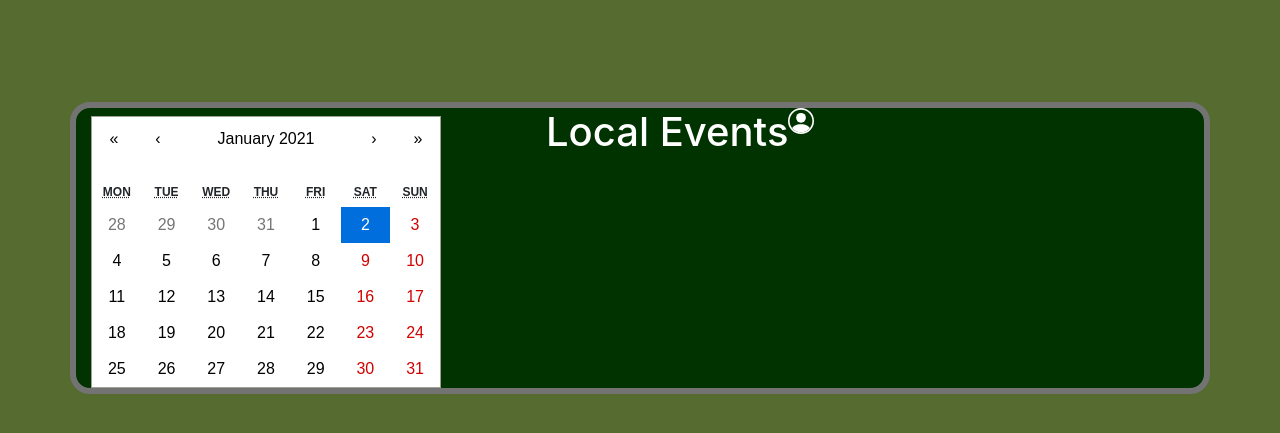
Repository: lalji-yadav/Calendar-code
Page: /
An editor plug-in stored every save of this project. The page is shown before and after the next save, followed by the edit.
The browser window is 1280 px wide. The pictures show the whole page.
The project was rebuilt for these pictures with package versions that can differ from the ones it lists, and the page was loaded fresh each time. Also part of the build but not shown: src/App.css.

Above is the page before, as saved 2021-01-03 13:24:51.

### src/App.js
import logo from './logo.svg';
import './App.css';
import MyApp from './calendar/calendar'
import Home from "./calendar/Home";

function App() {
  return (
    <div>
      <header>

        <Home />

      </header>
    </div>
  );
}

export default App;

### src/calendar/calendar.js
import React, { useState } from 'react';
import 'react-calendar/dist/Calendar.css';
import Calendar from 'react-calendar';

function MyApp() {
  const [value, onChange] = useState(new Date());

  return (
    <div>
      <Calendar
        onChange={onChange}
        value={value}
      />
    </div>
  );
}

export default MyApp;

### src/calendar/Home.js
import React from 'react';
import "./Home.css";
import MyApp from "./calendar";

function Home() {

  return (
    <div className="main">
      <div className='container'>
        <div className="row">
          <div className="col-sm-5 calendar">
             <MyApp />
          </div>
          <div className="col-sm-7">
            <div className="row">
              <h1 style={{color:"white"}}>Local Events </h1>
              <svg xmlns="http://www.w3.org/2000/svg" width="26" height="26" fill="white" class="bi bi-person-circle" viewBox="0 0 16 16">
  <path d="M13.468 12.37C12.758 11.226 11.195 10 8 10s-4.757 1.225-5.468 2.37A6.987 6.987 0 0 0 8 15a6.987 6.987 0 0 0 5.468-2.63z"/>
  <path fill-rule="evenodd" d="M8 9a3 3 0 1 0 0-6 3 3 0 0 0 0 6z"/>
  <path fill-rule="evenodd" d="M8 1a7 7 0 1 0 0 14A7 7 0 0 0 8 1zM0 8a8 8 0 1 1 16 0A8 8 0 0 1 0 8z"/>
</svg>

            </div>

          </div>
        </div>

      </div>

    </div>
  );
}
export default Home;

### src/calendar/Home.css
.main {
    width: 100%;
    height: 100%;
    position: absolute;
    /* padding: 10% 5% 10% 5%; */
    background-color: darkolivegreen;
}
.container {
    width: 80%;
    /* height: 70%; */
    margin: 8% 10% 8% 10%;
    background-color: #003300;
    border: 6px solid #737373;
    border-radius: 20px;
}
.calendar {
    /* border: 2px solid red; */
    margin-top: 8px;
}
hr {
    color: white;
    width: 100%;
    margin-top: 5em;
    background-color: white;
}
.tablebox {
    margin: 0% 0% 0% 3%;
    padding: 3%;
    width: 91%;
    border-radius: 15px;
    color: black;
    background-color: white;
}

Loaded but not shown: public/index.html (common file); src/index.js (common file); src/index.css (common file); src/reportWebVitals.js (common file)

After the next save:
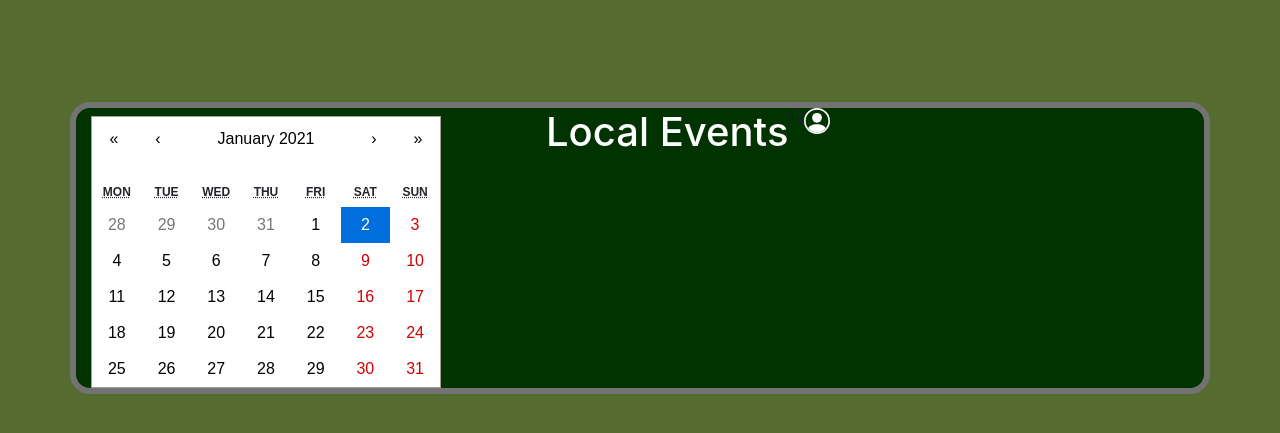
Saved 2 min 54 s later.
--- a/src/calendar/Home.js
+++ b/src/calendar/Home.js
@@ -14,6 +14,10 @@
           <div className="col-sm-7">
             <div className="row">
               <h1 style={{color:"white"}}>Local Events </h1>
+              <svg xmlns="http://www.w3.org/2000/svg" width="16" height="16" fill="currentColor" class="bi bi-search" viewBox="0 0 16 16">
+  <path d="M11.742 10.344a6.5 6.5 0 1 0-1.397 1.398h-.001c.03.04.062.078.098.115l3.85 3.85a1 1 0 0 0 1.415-1.414l-3.85-3.85a1.007 1.007 0 0 0-.115-.1zM12 6.5a5.5 5.5 0 1 1-11 0 5.5 5.5 0 0 1 11 0z"/>
+</svg>
+
               <svg xmlns="http://www.w3.org/2000/svg" width="26" height="26" fill="white" class="bi bi-person-circle" viewBox="0 0 16 16">
   <path d="M13.468 12.37C12.758 11.226 11.195 10 8 10s-4.757 1.225-5.468 2.37A6.987 6.987 0 0 0 8 15a6.987 6.987 0 0 0 5.468-2.63z"/>
   <path fill-rule="evenodd" d="M8 9a3 3 0 1 0 0-6 3 3 0 0 0 0 6z"/>
